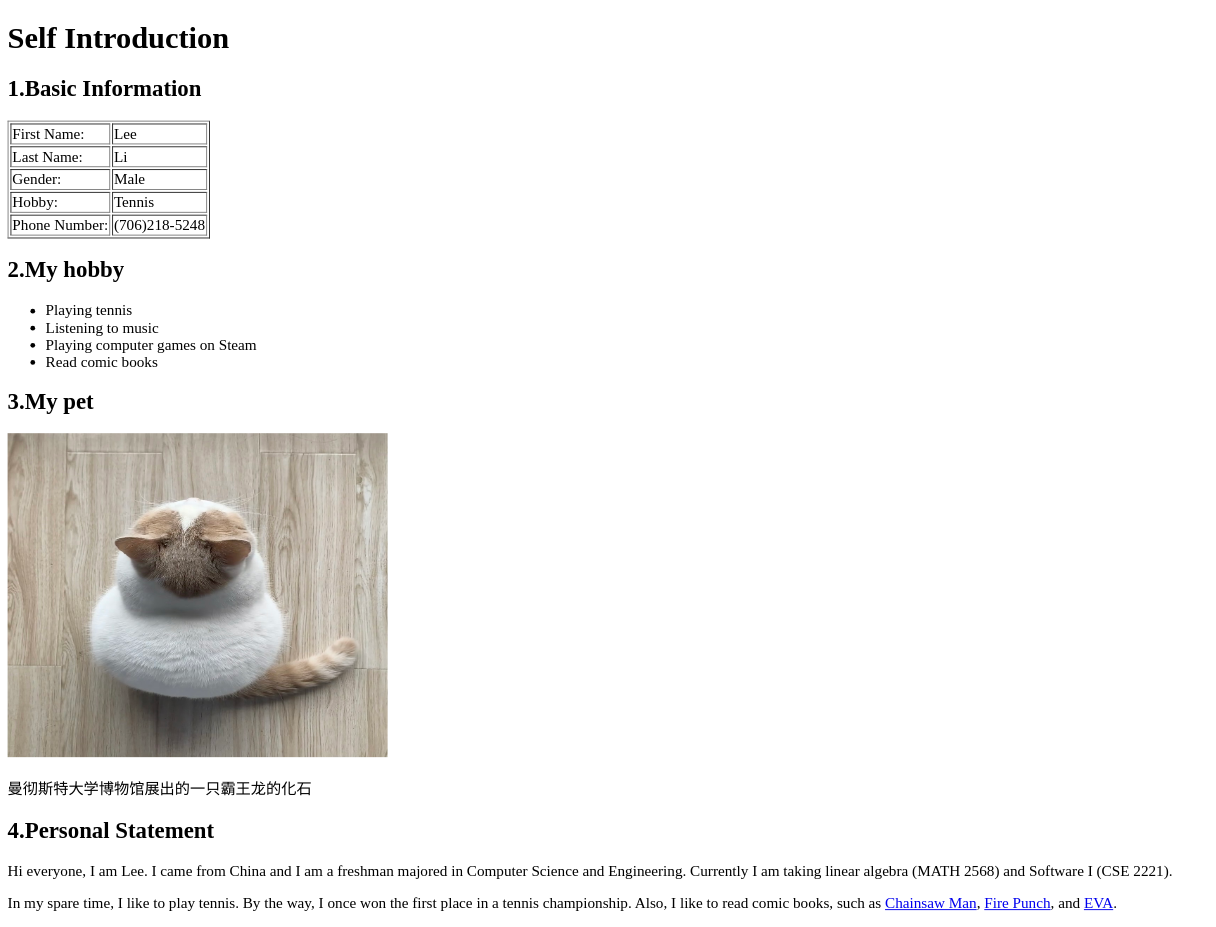
Repository: RigelLM/Java-Learning
Page: HomePage/public/Index.html
The author's editor kept a copy of each file at every save. The page is drawn from the files as they stood at one save, then again after the next save.
The browser window is 1280 px wide. The pictures show the whole page, at 95% of full size.

Above is the page before, as saved 2023-01-17 17:45:43.

After the next save:
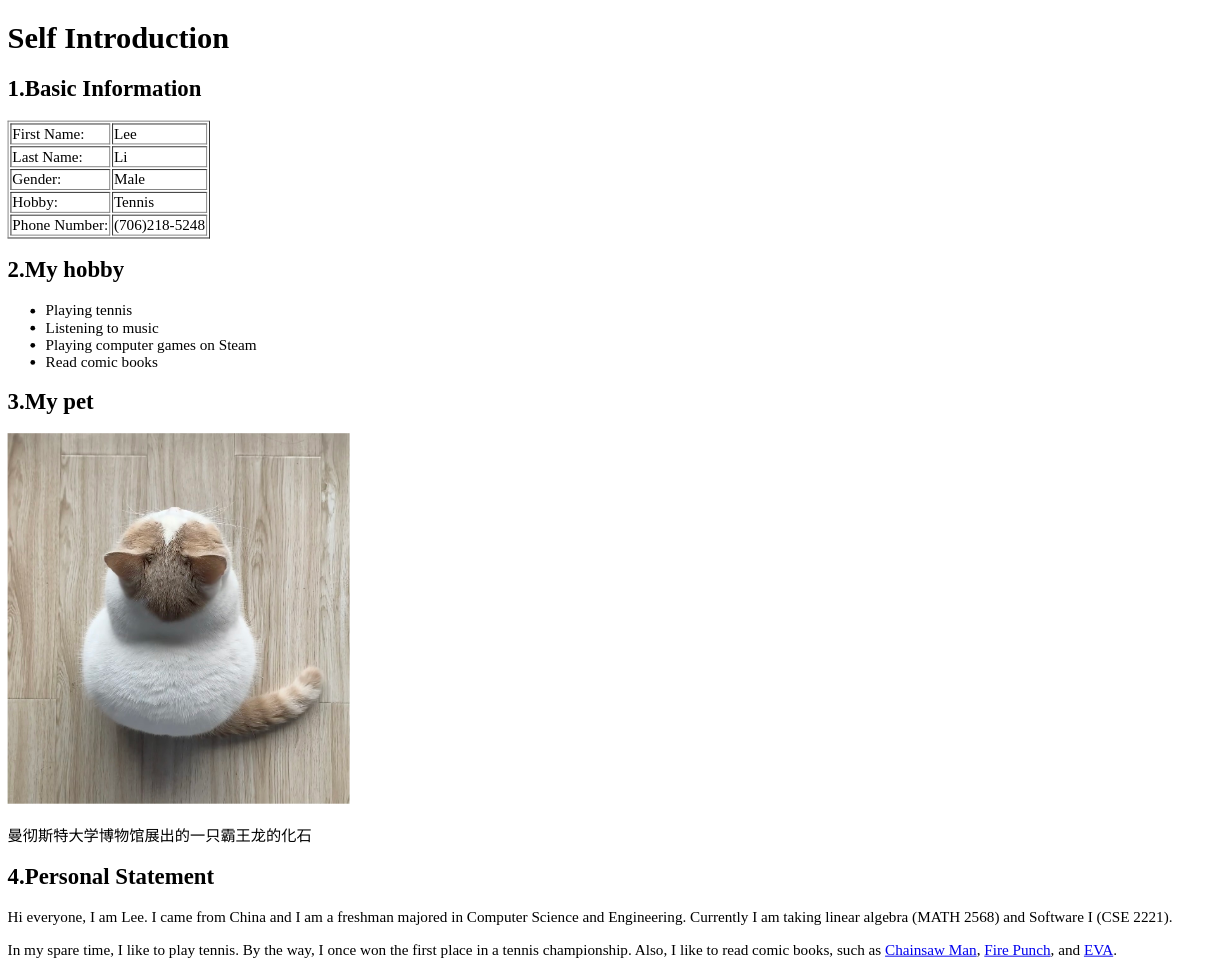
Saved 8 s later.
--- a/HomePage/public/Index.html
+++ b/HomePage/public/Index.html
@@ -39,8 +39,8 @@
 <div class="figure">
   <img src="cat.jpg"
      alt="My pet"
-     width="400"
-     height="341">
+     width="360"
+     height="390">
   <p>曼彻斯特大学博物馆展出的一只霸王龙的化石</p>
 </div>
 <h2>4.Personal Statement</h2>
